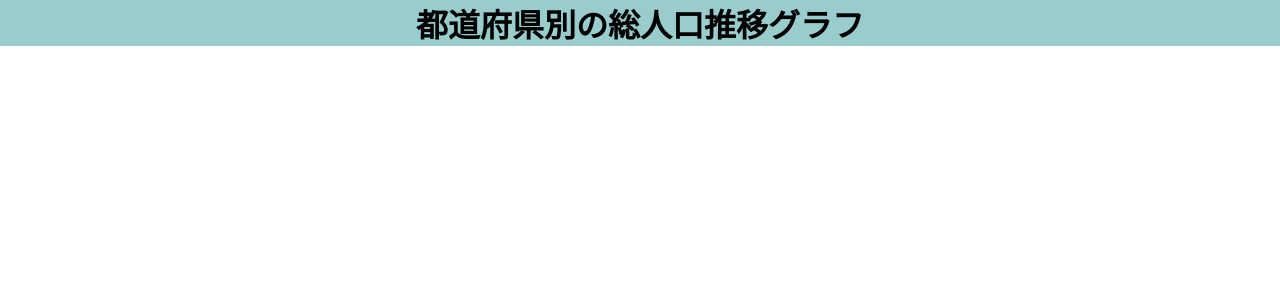
Repository: shisyamoCat/reqriutment-test
Page: /
The author's editor kept a copy of each file at every save. The page is drawn from the files as they stood at one save, then again after the next save.
The browser window is 1280 px wide. The pictures show the whole page.
The page's requests for data from a server got no answer. The project was rebuilt for these pictures with package versions that can differ from the ones it lists, and the page was loaded fresh each time. No one was signed in, and anything a server would have sent is missing. Also part of the build but not shown: src/components/Pref.jsx.

Above is the page before, as saved 2022-07-06 21:13:24.

After the next save:
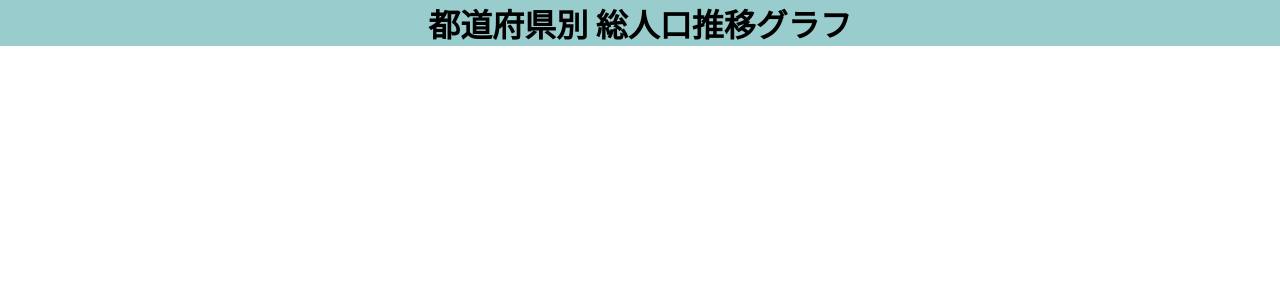
Saved 4 min 5 s later.
--- a/src/App.js
+++ b/src/App.js
@@ -51,7 +51,7 @@ export default class App extends React.Component {
         return (
             <div className="wrapper">
                 <header className="header">
-                    <h1 className="h1">都道府県別の総⼈⼝推移グラフ</h1>
+                    <h1 className="h1">都道府県別 総⼈⼝推移グラフ</h1>
                 </header>
 
                 <main>
